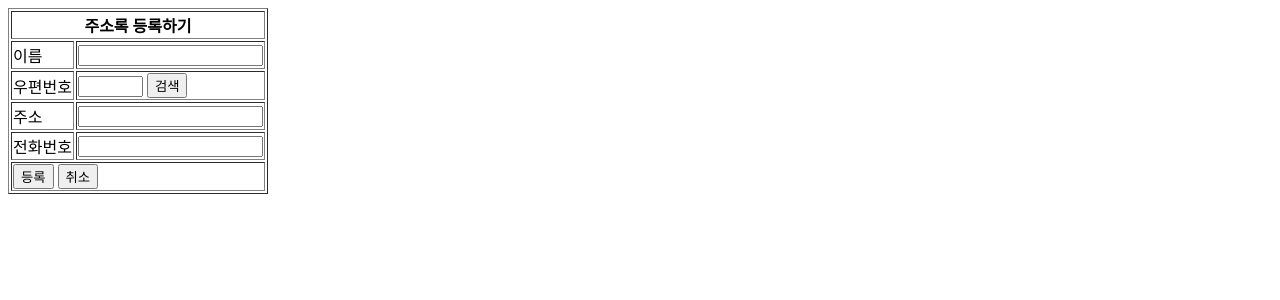
Repository: BosuMamemon/JSP_work
Page: http://localhost/JSP_Project/address/02-28 insert.jsp
These files come from the project's save history. The page is drawn as it stood at one moment and after the next save; the edit follows.
The browser window is 1280 px wide. The pictures show the whole page.
The page is served by Tomcat 9. Other server files are loaded and not shown.

Above is the page before, as saved 2025-02-28 01:14:38.

### workspace/JSP_Project/src/main/webapp/address/02-28 insert.jsp
<%@ page language="java" contentType="text/html; charset=UTF-8"
    pageEncoding="UTF-8"%>
<!DOCTYPE html>
<html>
	<head>
	<meta charset="UTF-8">
	<title>Insert</title>
	</head>

	<body>
		<form>
			<table border=1>
				<tr>
					<th colspan="2">주소록 등록하기</th>
				</tr>
				<tr>
					<td>이름</td>
					<td><input type="text" name="name" id="name"></td>
				</tr>
				<tr>
					<td>우편번호</td>
					<td>
						<input type="text" name="zipCode" id="zipCode" size=5>
						<button type="button" id="zipCodeButton">검색</button>
					</td>
				</tr>
				<tr>
					<td>주소</td>
					<td><input type="text" name="address" id="address"></td>
				</tr>
				<tr>
					<td>전화번호</td>
					<td><input type="tel" name="tel" id="tel"></td>
				</tr>
				<tr>
					<td colspan="2">
						<button type="button">등록</button>
						<button type="button">취소</button>
					</td>
				</tr>
			</table>
		</form>
	</body>
</html>

After the next save:
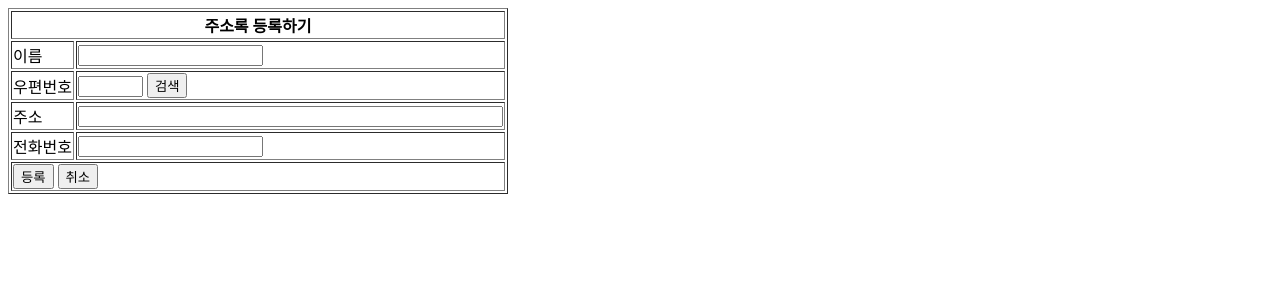
Saved 39 s later.
--- a/workspace/JSP_Project/src/main/webapp/address/02-28 insert.jsp
+++ b/workspace/JSP_Project/src/main/webapp/address/02-28 insert.jsp
@@ -26,7 +26,7 @@
 				</tr>
 				<tr>
 					<td>주소</td>
-					<td><input type="text" name="address" id="address"></td>
+					<td><input type="text" name="address" id="address" size=50></td>
 				</tr>
 				<tr>
 					<td>전화번호</td>
